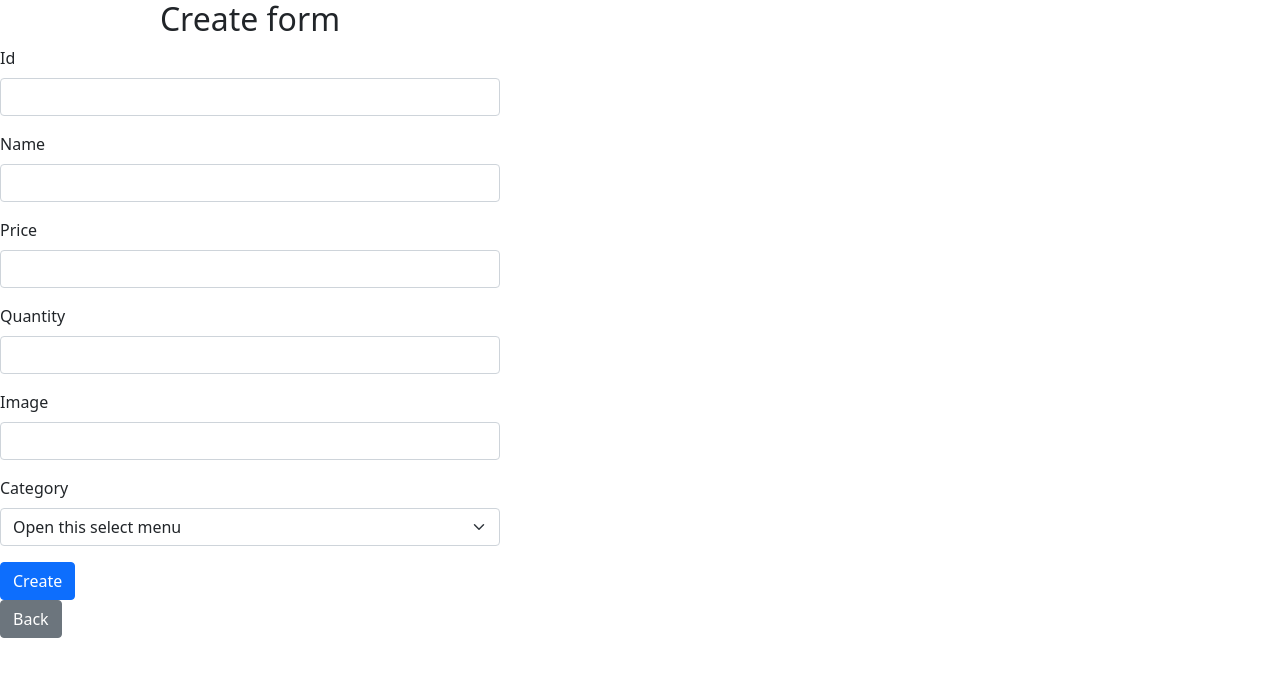
Repository: hongquan16101995/servlet-jw0124
Page: http://localhost/demo/products?action=createGet
These files come from the project's save history. The page is drawn as it stood at one moment and after the next save; the edit follows.
The browser window is 1280 px wide. The pictures show the whole page.
The page is served by Tomcat 9.

Above is the page before, as saved 2024-05-14 12:19:58.

After the next save:
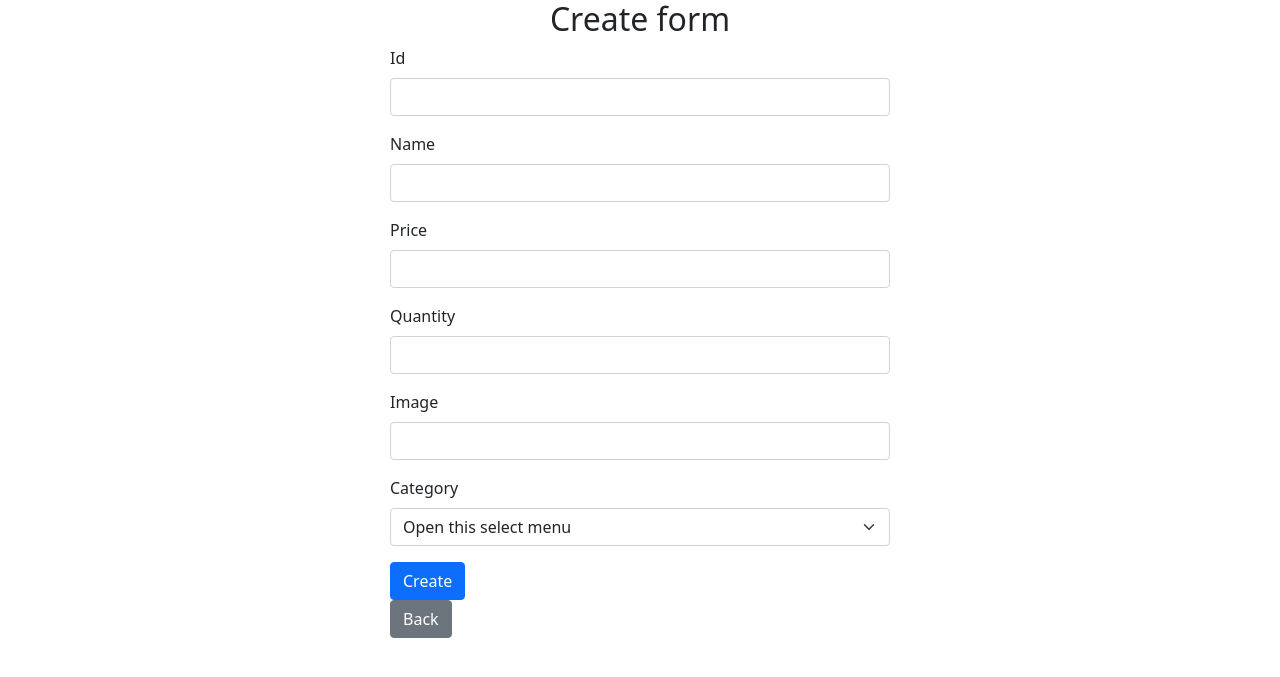
Saved 20 s later.
--- a/demo/src/main/webapp/product/create.jsp
+++ b/demo/src/main/webapp/product/create.jsp
@@ -11,6 +11,7 @@
 <style type="text/css">
 	#create {
 		width: 500px;
+		margin: auto;
 	}
 
 	h2 {
